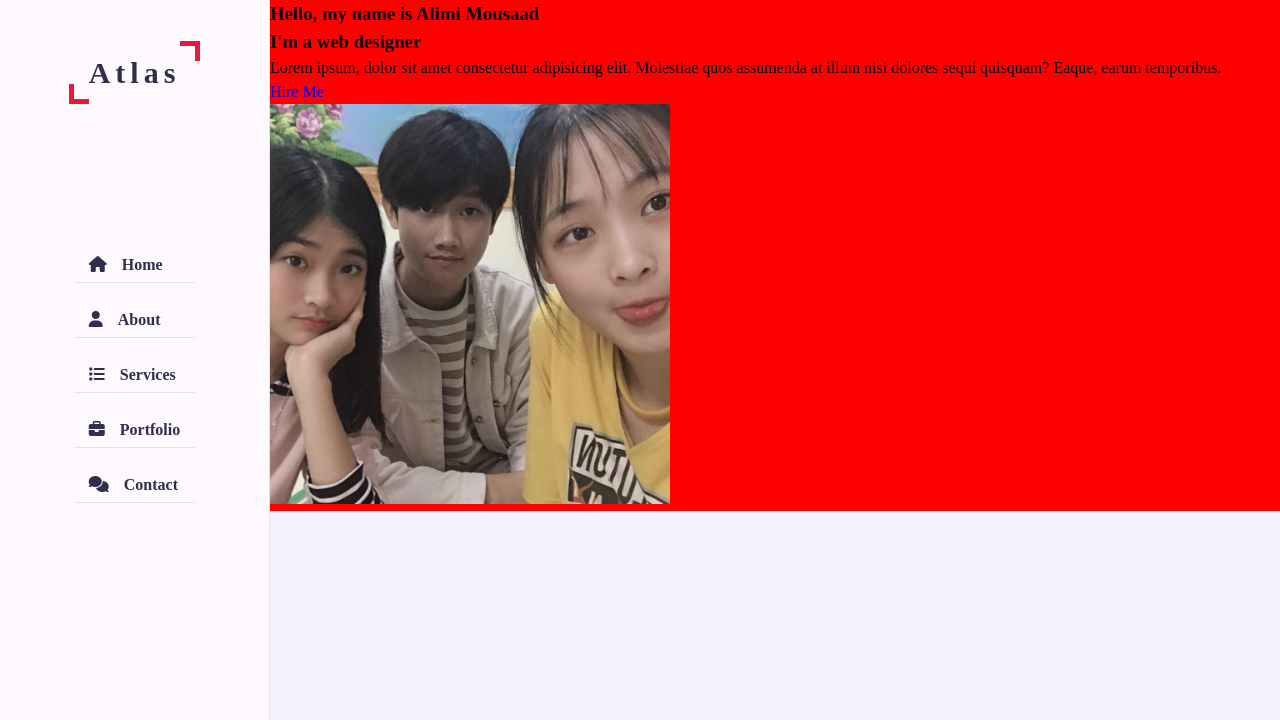
Repository: luanhoang0902/portfolio-ui
Page: index.html
These files come from the project's save history. The page is drawn as it stood at one moment and after the next save; the edit follows.
The browser window is 1280 px wide. The pictures show the whole page.
Some web fonts or font styles are not loaded; a fallback is used. Some web libraries are served in a nearby version.

Above is the page before, as saved 2022-06-02 14:53:36.

After the next save:
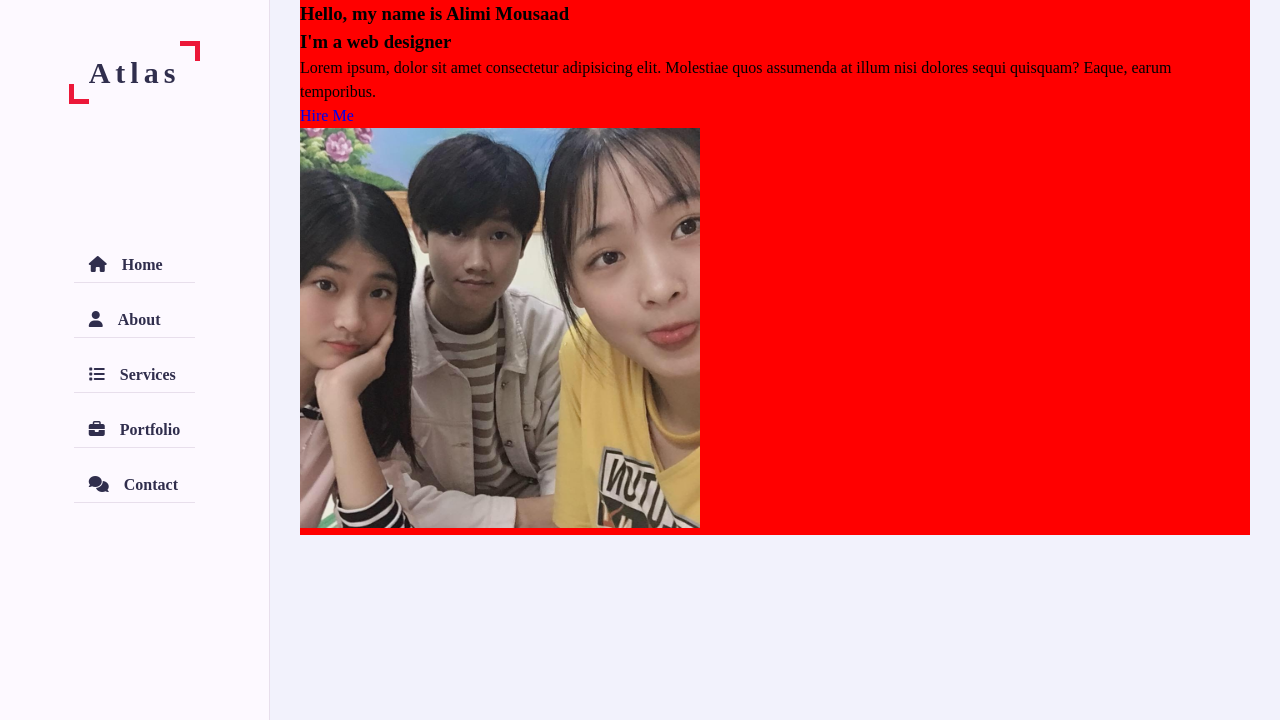
Saved 52 s later.
--- a/css/style.css
+++ b/css/style.css
@@ -42,6 +42,7 @@
     min-height: 100vh;
     display: block;
     position: fixed;
+    padding: 0 30px;
     left: 270px;
     top: 0;
     right: 0;

After the save that followed:
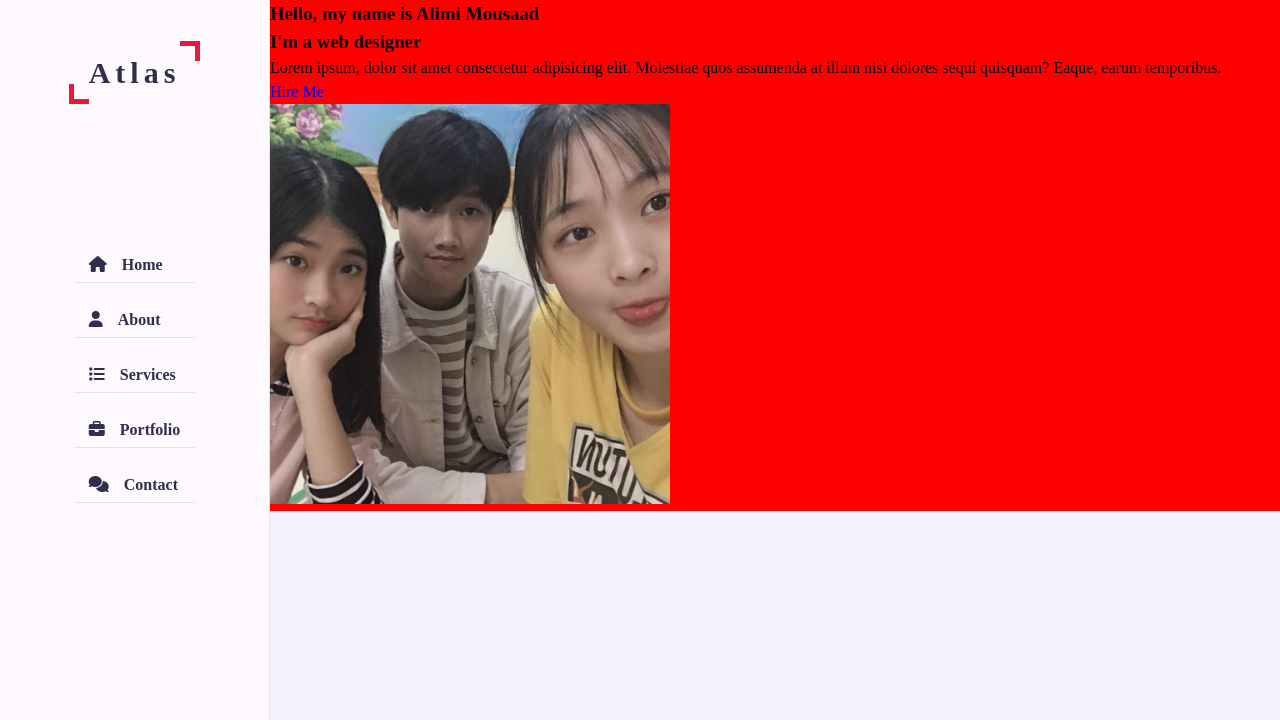
Saved 12 s later.
--- a/css/style.css
+++ b/css/style.css
@@ -42,7 +42,7 @@
     min-height: 100vh;
     display: block;
     position: fixed;
-    padding: 0 30px;
+    /* padding: 0 30px; */
     left: 270px;
     top: 0;
     right: 0;
